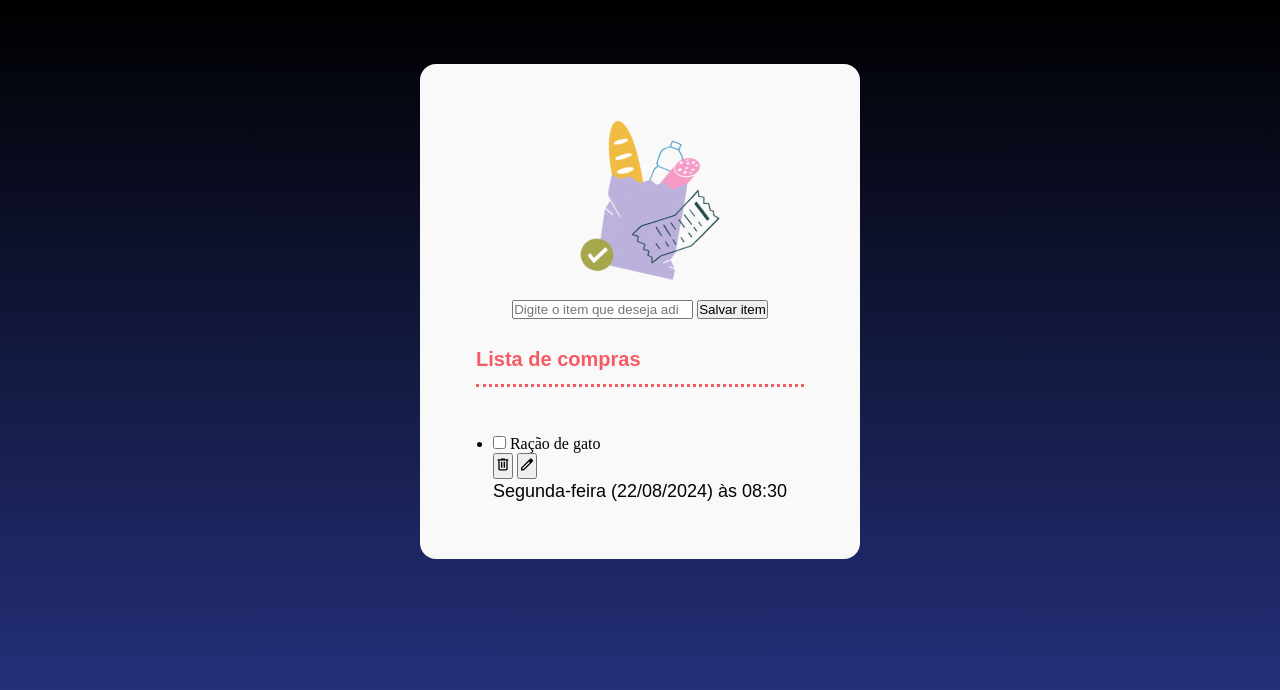
Repository: joaoPraiaJunior/compras_js
Page: index.html
These files come from the project's save history. The page is drawn as it stood at one moment and after the next save; the edit follows.
The browser window is 1280 px wide. The pictures show the whole page.
Some web fonts or font styles are not loaded; a fallback is used.

Above is the page before, as saved 2024-08-22 20:57:05.

After the next save:
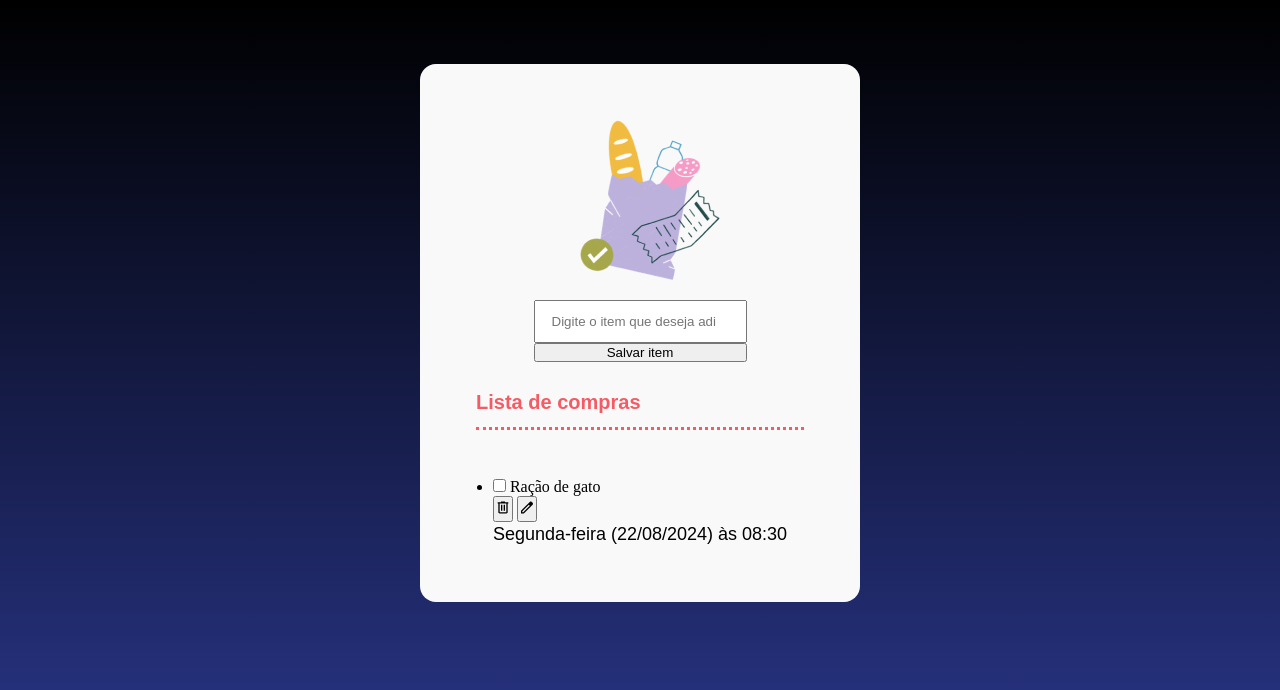
Saved 87 s later.
--- a/css/styles.css
+++ b/css/styles.css
@@ -75,3 +75,13 @@ p {
     text-align: left;
     line-height: 2.4rem;
 }
+
+
+.busca {
+    display: flex;
+    flex-direction: column;
+}
+
+.busca__campo {
+    padding: 1.2rem 1.6rem;
+}
